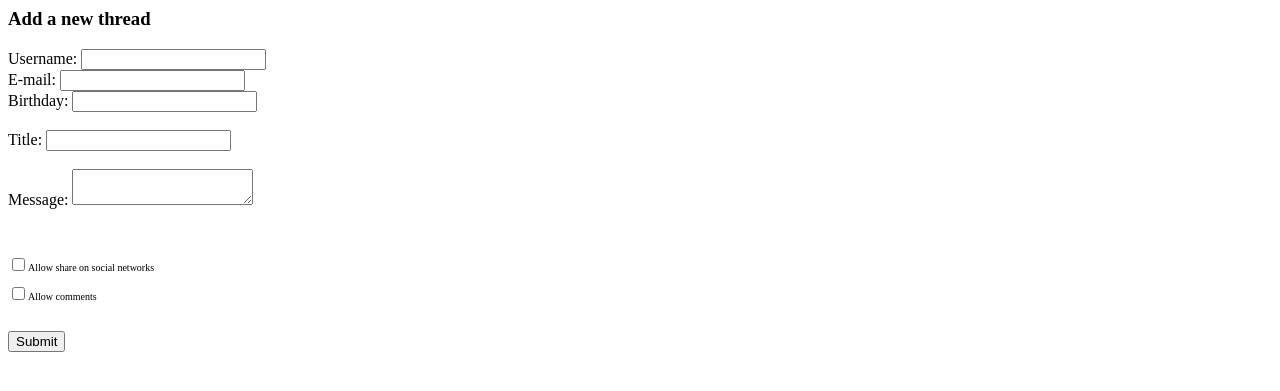
Repository: ciprianchistruga/project
Page: http://localhost/php/Categories/AddThreads.php
The author's editor kept a record of every edit. The page is drawn from the files as they stood at one moment, then again after the next edit.
The browser window is 1280 px wide. The pictures show the whole page.
The page is run by PHP 8.4 with error messages shown; the project is at /var/www/html/.

Above is the page before.

### workspace/php/Categories/AddThreads.php
       <?php

            //captcha
            if(isset($_POST['g-recaptcha-response'])&& $_POST['g-recaptcha-response']){
                var_dump($_POST);
                $secret = "REPLACE_IT_WITH_YOUR_KEY";
                $ip = $_SERVER['REMOTE_ADDR'];
                $captcha = $_POST['g-recaptcha-response'];
                $rsp  = file_get_contents("https://www.google.com/recaptcha/api/siteverify?secret=$secret&response=$captcha&remoteip$ip");
                var_dump($rsp);
                $arr = json_decode($rsp,TRUE);
                if($arr['success']){

                    //post info
                    if( isset( $_POST['submit'] ) )
                        {
                        session_start();
                        $file ="xml/categoryThreads/".$_SESSION['selected_thread'].".xml";
                        $title=$_POST['title'];
                        $username=$_POST['Username'];
                        $email=$_POST['email'];
                        $birthday=$_POST['birthday'];
                        $mainComment=$_POST['mainComment'];

                        $xml= simplexml_load_file($file);
                        $total = count($xml);
                        $plusOne=$total+1;
                        $newName="Thread".$plusOne;
                        echo $newName;

                        $xml->$newName->title = $title;
                        $xml->$newName->author = $username;
                        $xml->$newName->email = $email;
                        $xml->$newName->status="open";
                        $xml->$newName->dateThread=date("d.m.Y");
                        $xml->$newName->mainComment = $mainComment;
                        $xml->$newName->comments = "comments";
                        if(isset($_POST['allowSocial'])){
                            $xml->$newName->allowSocial ="true";
                        } else {
                            $xml->$newName->allowSocial ="false";

                        }
                        if(isset($_POST['allowComments'])){
                            $xml->$newName->allowComments ="true";
                        } else {
                            $xml->$newName->allowComments ="false";
                        }

                        file_put_contents($file, $xml->asXML());

                        header('Location: index.php');
                     }
            }
                    else{   }

            }

        ?>

       <section>
             <div class="row">
                <h3 class="text-primary text-center"> Add a new thread</h3>

                     <form style="width: 900px" method="post" action="<?php $_SERVER['PHP_SELF']?>">
                        <div class="form-group  col-xs-offset-3">

                            <div class="col-xs-3">
                            <label for="Username">Username:</label>
                            <input type="text" class="form-control test" name="Username" id="Username">
                            </div>

                            <div class="col-xs-4">
                            <label for="email">E-mail:</label>
                            <input type="email" class="form-control test" name="email" id="email">
                            </div>

                            <div class="col-xs-3">
                            <label for="birthday">Birthday:</label>
                            <input type="text" class="form-control test" name="birthday" id="birthday">
                            </div>
                            <br/>

                            <div class="col-xs-10">
                            <label for="title">Title:</label>
                            <input type="text" class="form-control" name="title" id="title"><br/>
                            </div>
                            <br/>

                            <div class="col-xs-10">
                            <label for="title">Message:</label>
                            <textarea class="form-control" name="mainComment" id="mainComment">

                            </textarea>
                            <br/>
                            </div>


                            <script src='https://www.google.com/recaptcha/api.js'></script>
                            <div class="col-xs-10">
                                <div class="g-recaptcha" data-sitekey="6Lf0KxAUAAAAANY7u2ujE-G14-gr36H0Y2rHpmQL"></div><br/>
                            </div>
                            <br/>
                            <div class="col-xs-10">
                             <p style="font-size:10px"><input type="checkbox" class="form-control" name="allowSocial" id="allowSocial">Allow share on social networks</p>
                             <p style="font-size:10px"><input type="checkbox" class="form-control" name="allowComments" id="allowComments">Allow comments</p>
                            </div>

                            <br/>
                            <div class="col-xs-3">
                                <div class="input-group-btn">
                                    <button class="btn btn-default" type="submit" name="submit">Submit</button>
                                </div>
                            </div>
                       </div>
                    </form>
              </div>
        </section>
        <br/>
        <br/>

After the next edit:
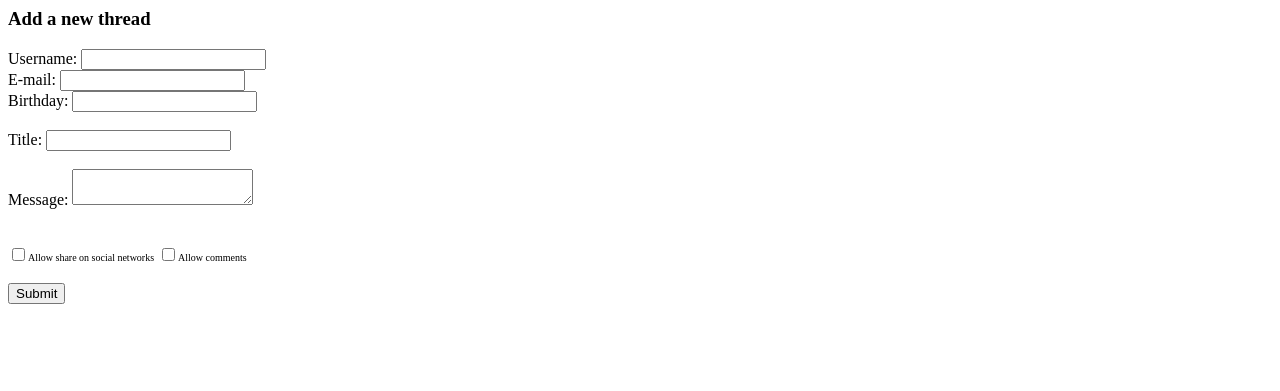
The edit:
--- a/workspace/php/Categories/AddThreads.php
+++ b/workspace/php/Categories/AddThreads.php
@@ -101,9 +101,9 @@
                                 <div class="g-recaptcha" data-sitekey="6Lf0KxAUAAAAANY7u2ujE-G14-gr36H0Y2rHpmQL"></div><br/>
                             </div>
                             <br/>
-                            <div class="col-xs-10">
-                             <p style="font-size:10px"><input type="checkbox" class="form-control" name="allowSocial" id="allowSocial">Allow share on social networks</p>
-                             <p style="font-size:10px"><input type="checkbox" class="form-control" name="allowComments" id="allowComments">Allow comments</p>
+                            <div class="checkbox">
+                             <label style="font-size:10px"><input type="checkbox" class="form-control" name="allowSocial" id="allowSocial">Allow share on social networks</label>
+                             <label style="font-size:10px"><input type="checkbox" class="form-control" name="allowComments" id="allowComments">Allow comments</label>
                             </div>
 
                             <br/>
